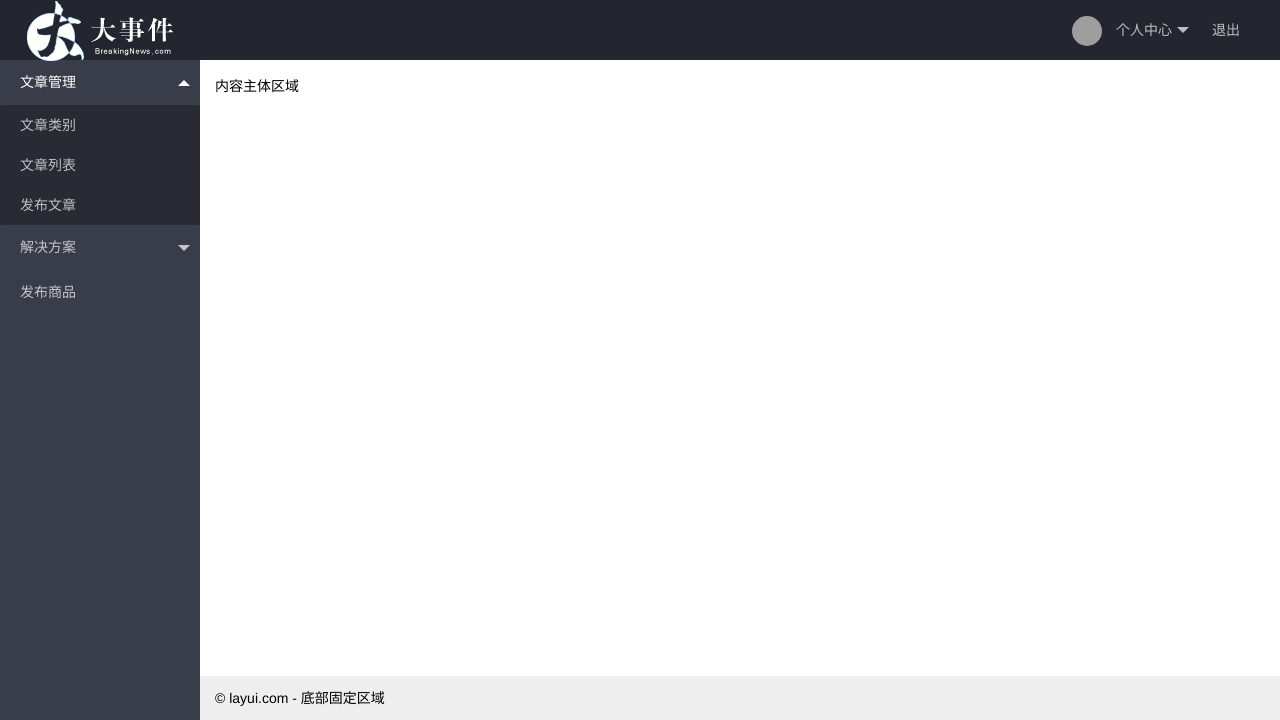
Repository: xxsleep/-
Page: home/index.html
These files come from the project's save history. The page is drawn as it stood at one moment and after the next save; the edit follows.
The browser window is 1280 px wide. The pictures show the whole page.
Pictures or frames that could not be fetched are drawn as grey boxes.

Above is the page before, as saved 2020-11-24 20:16:55.

After the next save:
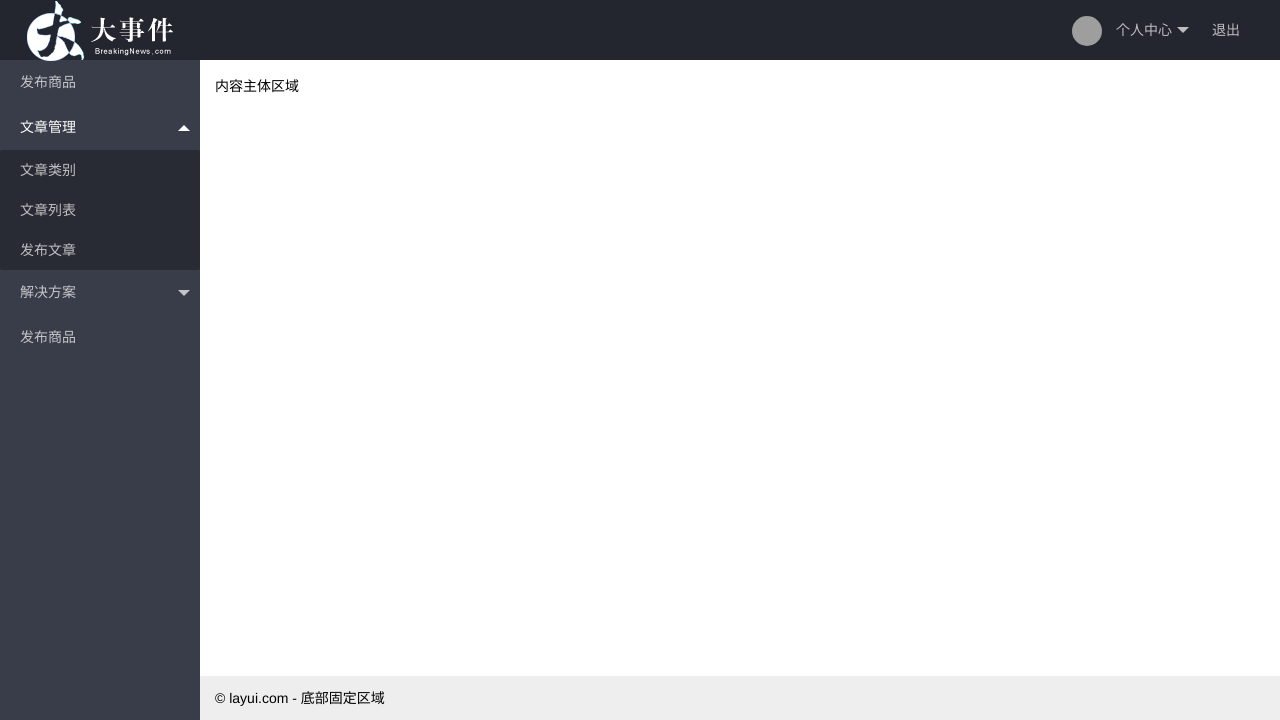
Saved 21 s later.
--- a/home/index.html
+++ b/home/index.html
@@ -35,6 +35,8 @@
             <div class="layui-side-scroll">
                 <!-- 左侧导航区域（可配合layui已有的垂直导航） -->
                 <ul class="layui-nav layui-nav-tree" lay-filter="test">
+                    <li class="layui-nav-item"><a href="">发布商品</a></li>
+
                     <li class="layui-nav-item layui-nav-itemed">
                         <a class="" href="javascript:;">文章管理</a>
                         <dl class="layui-nav-child">
